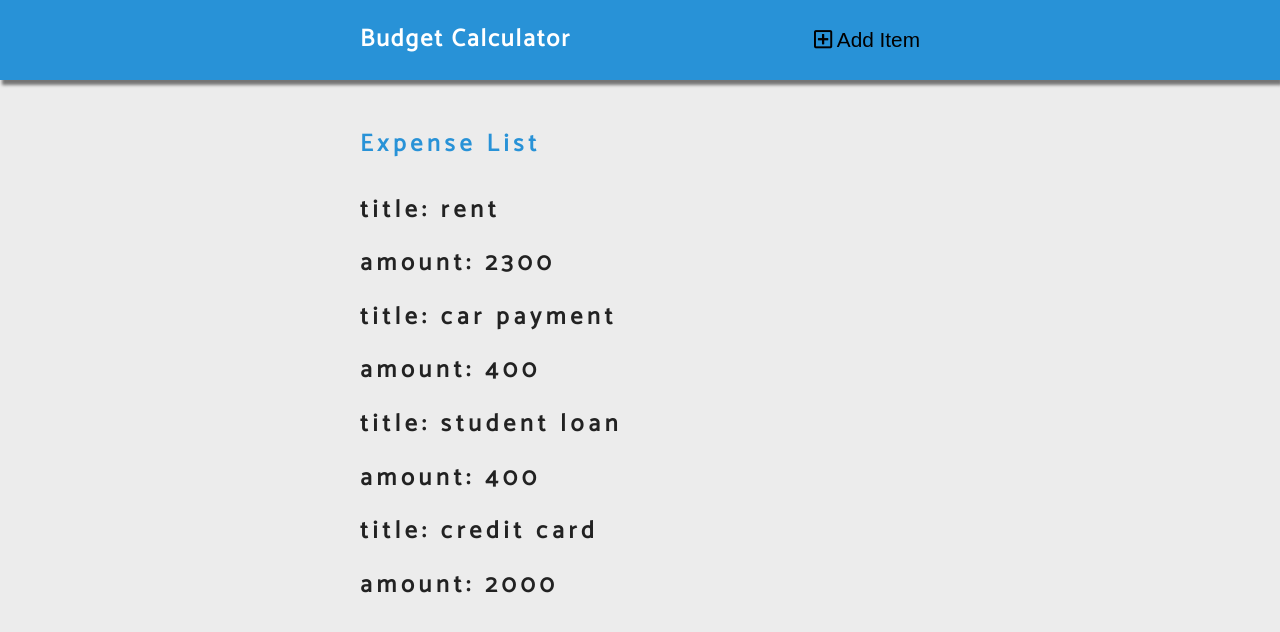
Repository: webdril/budget
Page: /
An editor plug-in stored every save of this project. The page is shown before and after the next save, followed by the edit.
The browser window is 1280 px wide. The pictures show the whole page.
The project was rebuilt for these pictures with package versions that can differ from the ones it lists, and the page was loaded fresh each time.

Above is the page before, as saved 2020-03-02 19:00:55.

After the next save:
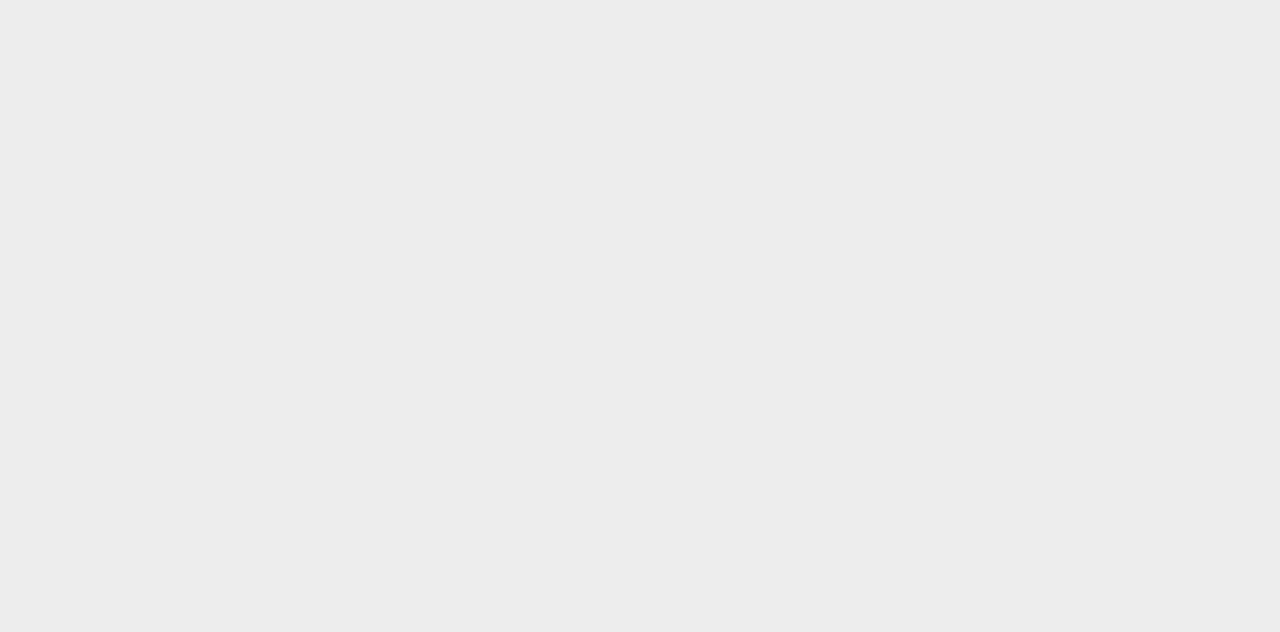
Console error: ReferenceError: expense is not defined
Saved 22 min 33 s later.
--- a/src/Expense.svelte
+++ b/src/Expense.svelte
@@ -1,6 +1,11 @@
 <script>
-export let expense
-let {name, amount} = expense
+// export let expense
+// let {name, amount} = expense
+// Another method below
+export let id;
+export let name = "";
+export let amount =0;
+
 </script>
 <div>
 

After the save that followed:
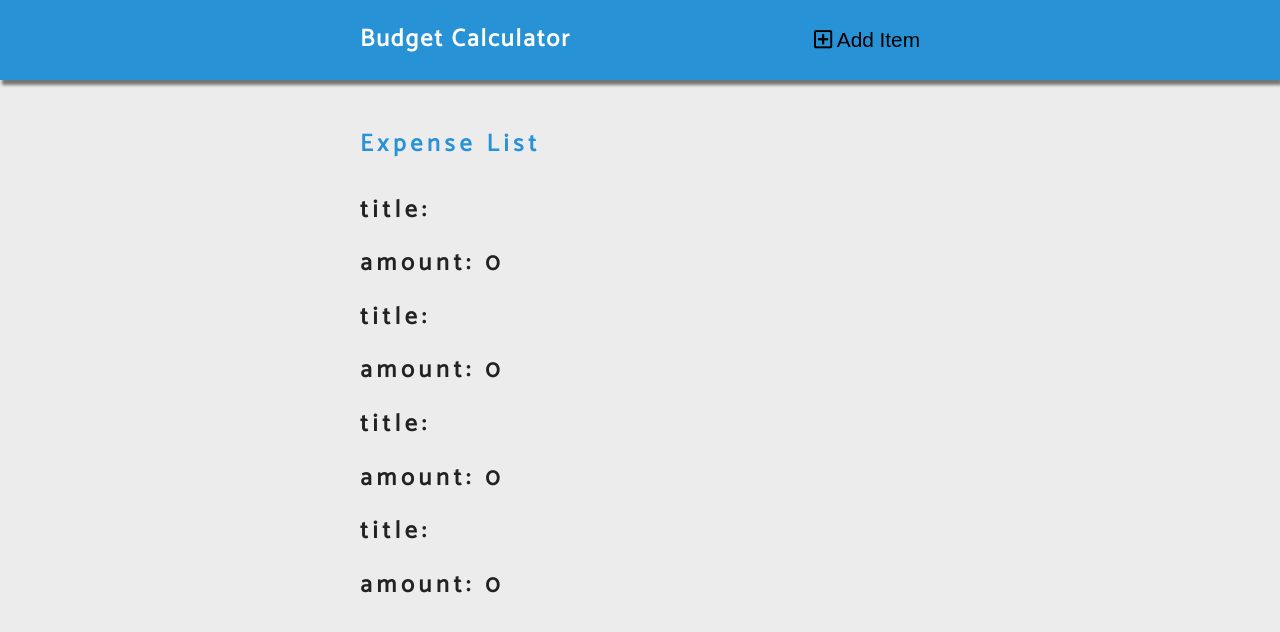
The error is gone.
Saved 69 s later.
--- a/src/Expense.svelte
+++ b/src/Expense.svelte
@@ -9,6 +9,8 @@
 </script>
 <div>
 
-<h1>title: {expense.name}</h1>
-<h2>amount: {expense.amount}</h2>
+<!-- <h1>title: {expense.name}</h1>
+<h2>amount: {expense.amount}</h2> -->
+<h2>title: {name}</h2>
+<h2>amount: {amount}</h2>
 </div>
